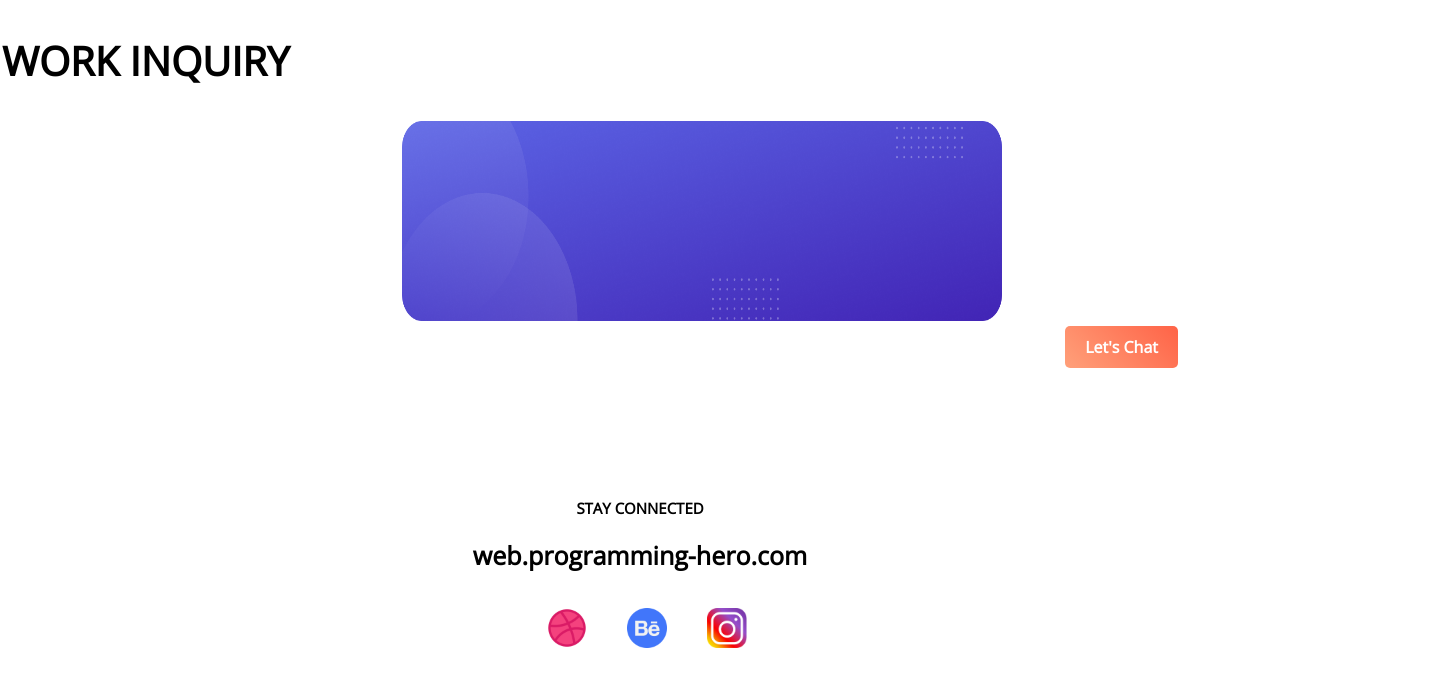
Repository: sabbircse3/personal-website
Page: index.html
An editor plug-in stored every save of this project. The page is shown before and after a run of saves, followed by the edit.
The browser window is 1280 px wide. The page is 1442 px wide, so the pictures cover 1442 px, including what lies to the right of the window. The pictures show the part of the page from y = 2386 to 3136 px (the page is 3069 px tall before and 3136 px after).

Above is the page before, as saved 2021-01-06 03:59:16.

### index.html
<!DOCTYPE html>
<html lang="en">
<head>
    <title>personal-website</title>
    <link rel="preconnect" href="https://fonts.gstatic.com">
    <link href="https://fonts.googleapis.com/css2?family=Open+Sans&display=swap" rel="stylesheet">
    <link rel="stylesheet" href="style.css">
</head>
<body>

        <div class="menu-1">
            <ul id="menu">
                <li><a href="#">Contact</a></li>
                <li><a href="#">Protfolio</a></li>
                <li><a href="#">Work</a></li>
                <li><a href="#">About</a></li>
            </ul>
        </div>


    <section class="top-banner ">
        <div class="half-width">
            <h1>HELLO, I'M <br> <span class="name-highlight">SABBIR HASAN</span></h1>
            <p>A full stack allaround designer that placerat in massa consectetur</p>
            <a class="link-button" target="_blank" href="https://www.linkedin.com/company/programminghero/">HIRE ME</a>
        </div>

        <div class="half-width">
            <img src="images/sabbir1.png" alt="">
        </div>
    </section>

    <section class="about ">
        <div class="half-width">
            <img src="images/sabbir1.png" alt="">
        </div>

        <div class="half-width">
            <h2> ABOUT</h2>
            <p>Lorem Ipsum is simply dummy text of the printing and typesetting industry. Lorem Ipsum has been the industry's standard dummy text ever since the 1500s, when an unknown printer took a galley of type and scrambled it to make a type specimen book.</p>
            <a class="link-button" target="_blank" href="https://www.linkedin.com/company/programminghero/">Download CV</a>
        </div>

    </section>

    <section class="experience-area">
        <h2 id="head-center"><span class="name-highlight">LASTET</span> WORKING PROJECT</h2>
        <div id="first-project" class="half-width single-experience">
            <img  src="images/image 4.png" alt="" class="center">
            <h3>Power-x-gym (gym website)</h3>
            <p>Lorem Ipsum is simply dummy text of the printing and typesetting industry.</p>

        </div>

        <div id="next-project" class="half-width single-experience">
            <img src="images/image 5.png" alt="" class="center">
            <h3>Creative Agency</h3>
            <p>Lorem Ipsum is simply dummy text of the printing and typesetting industry.</p>

        </div>

        <div id="next-project" class="half-width single-experience">
            <img src="images/image 8.png" alt="" class="center">
            <h3>Hard Rock Music</h3>
            <p>Lorem Ipsum is simply dummy text of the printing and typesetting industry.</p>

        </div>

    </section>



    <section class="education">
        <h1> <span class="name-highlight">EDU</span>CATION</h1>
        <div id="bachelor" class="half-width single-experience">
            <h3>Bachelor of Science in Computer Science</h3>
            <h3 class="blue-highlight">Khwaja Yunus Ali University</h3>
            <h3 class="orange-highlight">2016-2020</h3>
            <p>It is a reputaed private university in this country Bangladesh.</p>
        </div>

        <div id="others" class="half-width single-experience">
            <h3>Higher School Certificate</h3>
            <h3 class="blue-highlight">Bhagopara Shahid Dhanesh Uddin School and Collage</h3>
            <h4 class="orange-highlight">2014-2016</h4>
            <p>It is one of the best collage in our north said of country</p>
        </div>

		<div id="others" class="half-width single-experience">
            <h3>Secoundary School Certificate</h3>
            <h3 class="blue-highlight">Rajapur High School</h3>
            <h4 class="orange-highlight">2009-2014</h4>
            <p>This school is one of the best school in my native area where i was bron.</p>
        </div>

    </section>


    <section>
        <div class="lowest-banner">
            <h2>WORK INQUIRY </h2>
        </div>
        <div class="low-mid">
            <img src="images/Group_33094_1.png" width="600px" height="200px">
        </div>
        <div>
            <a class="chat-button" target="_blank" href="https://www.linkedin.com/company/programminghero/">Let's Chat</a>
        </div>

    </section>


    <footer>
        <h3>STAY CONNECTED</h3>
        <h2>web.programming-hero.com</h2>
        <div class="chat">
            <div class=" chat-experience">
                <img  src="images/image 6.png" alt="" class="center">
            </div>

            <div  class=" chat-experience">
                <img src="images/Group 33059.png" alt="" class="center">
            </div>

            <div  class=" chat-experience">
                <img src="images/image 7.png" alt="" class="center">
            </div>
        </div>

    </footer>




</body>
</html>

### style.css
body{
    font-family: 'Open Sans', sans-serif;
    margin: 2px;
    font-style: normal;
}
.menu-1{
	height: 90px;
}
#menu{
	list-style-type:none;
	width:900px;
	margin:10px auto;
}
#menu li{
	float:right;
}
#menu li a{
	color:black;
	text-decoration:none;
	padding:5px 10px;
}

h1{
    font-size: 50px;
}
h2{
    font-size: 40px;
}

.name-highlight{
    color: #FF8367;
}
.top-banner{

}
.half-width{
    width: 35%;
    float: left;
    margin-left: 5%;
    padding-left: 2%;
}
.half-width img{
    width: 100%;
}
section{
    height: 450px;
}
.link-button{
    text-decoration: none;
    background-image: linear-gradient(45deg, lightSalmon, tomato);
    padding: 10px 20px;
    border-radius: 5px;
    color: white;
    font-weight: 700;
}
#head-center{
    text-align: center;
    margin: 80px;
    padding: 50px;
}
.experience-area{
    background-color: #E5E5E5;
    background-position: left;
    width: 1440px;
    height: 814px;
}
.center {
    display: block;
    margin-left:-15px;
    margin-top: 15px;
    width: 50%;
  }
.orange-highlight{
    color: orange;
}
.single-experience{
    box-shadow: 0px 4px 4px rgba(0, 0, 0, 0.25);
    border-radius: 10px;
	height: 45%;
	width: 23%;
}
#first-project{
    background-color: white;
}
#next-project{
	background-color: white;
}

.education{
    background-image: url("images/exp-bg.png");
    background-repeat: no-repeat;
    background-position: left;
}
#bachelor{
    border-left: 7px solid;
    border-image: linear-gradient(180deg, lightSalmon, tomato);
    border-image-slice: 1;
    background-color: white;
    height: 55%;
	width: 25%;
}
#others{
    border-left: 7px solid;
    border-image: linear-gradient(180deg, blue, cyan);
    border-image-slice: 1;
    height: 55%;
	width: 25%;
}
.blue-highlight{
    color:rgba(0, 0, 139, 0.705);
}
.lowest-banner{
  margin-top: ;

}
.low-mid{
    margin-left: 400px;
}
.chat-button{
    text-decoration: none;
    background-image: linear-gradient(45deg, lightSalmon, tomato);
    padding: 10px 20px;
    margin-right: 100px;
    border-radius: 5px;
    color: white;
    font-weight: 700;
    float: right;
}

footer h2{
    text-align: center;
    font-size: 25px;
}
footer h3{
    text-align: center;
    font-size: 15px;
}
.chat{
    margin-left: 560px;
}
.chat-experience{
	height: 90px;
    width: 80px;
    display: block;
    float:left;
}

After the next 3 saves:
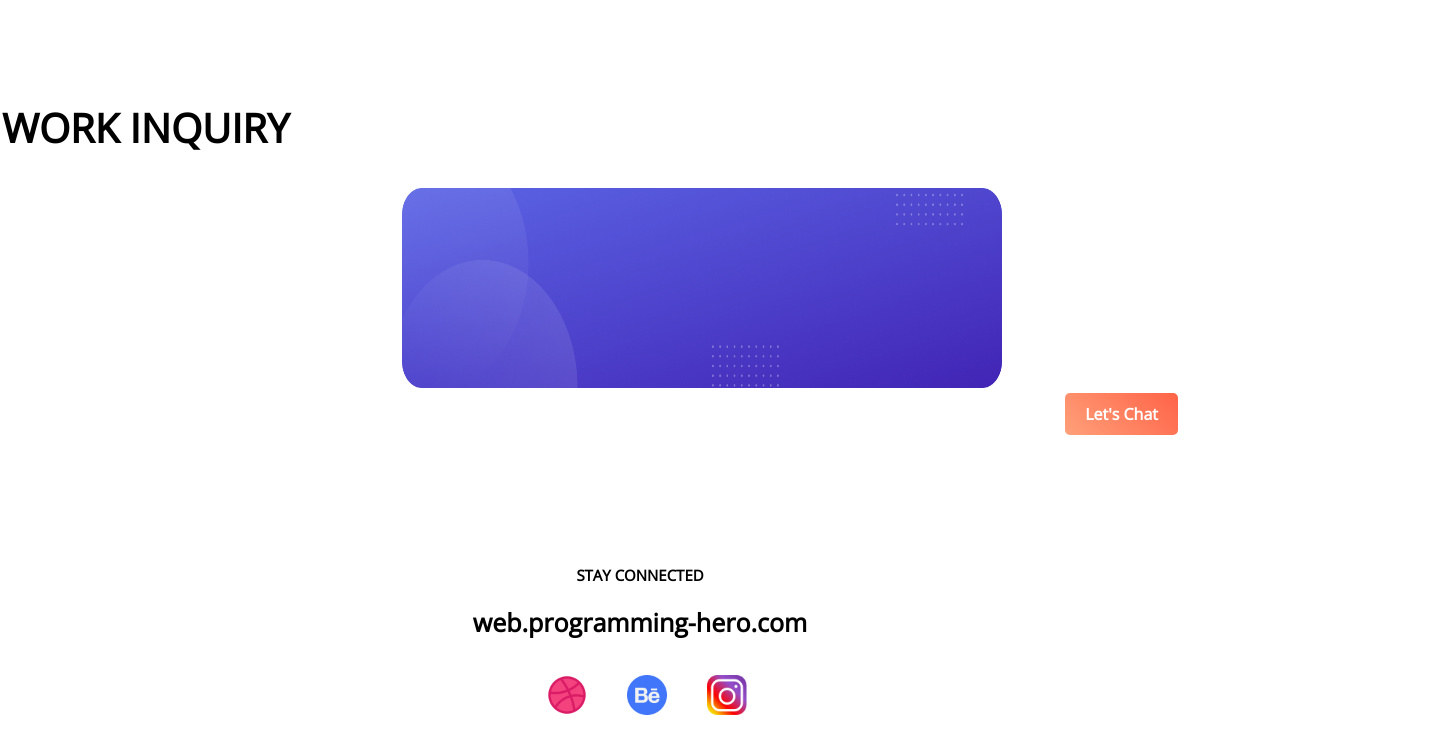
The 3 saves are shown as one change because they came seconds apart.
The last was saved 10 s later.
--- a/style.css
+++ b/style.css
@@ -110,7 +110,7 @@ section{
     color:rgba(0, 0, 139, 0.705);
 }
 .lowest-banner{
-  margin-top: ;
+  margin-top: 100px;
 
 }
 .low-mid{
